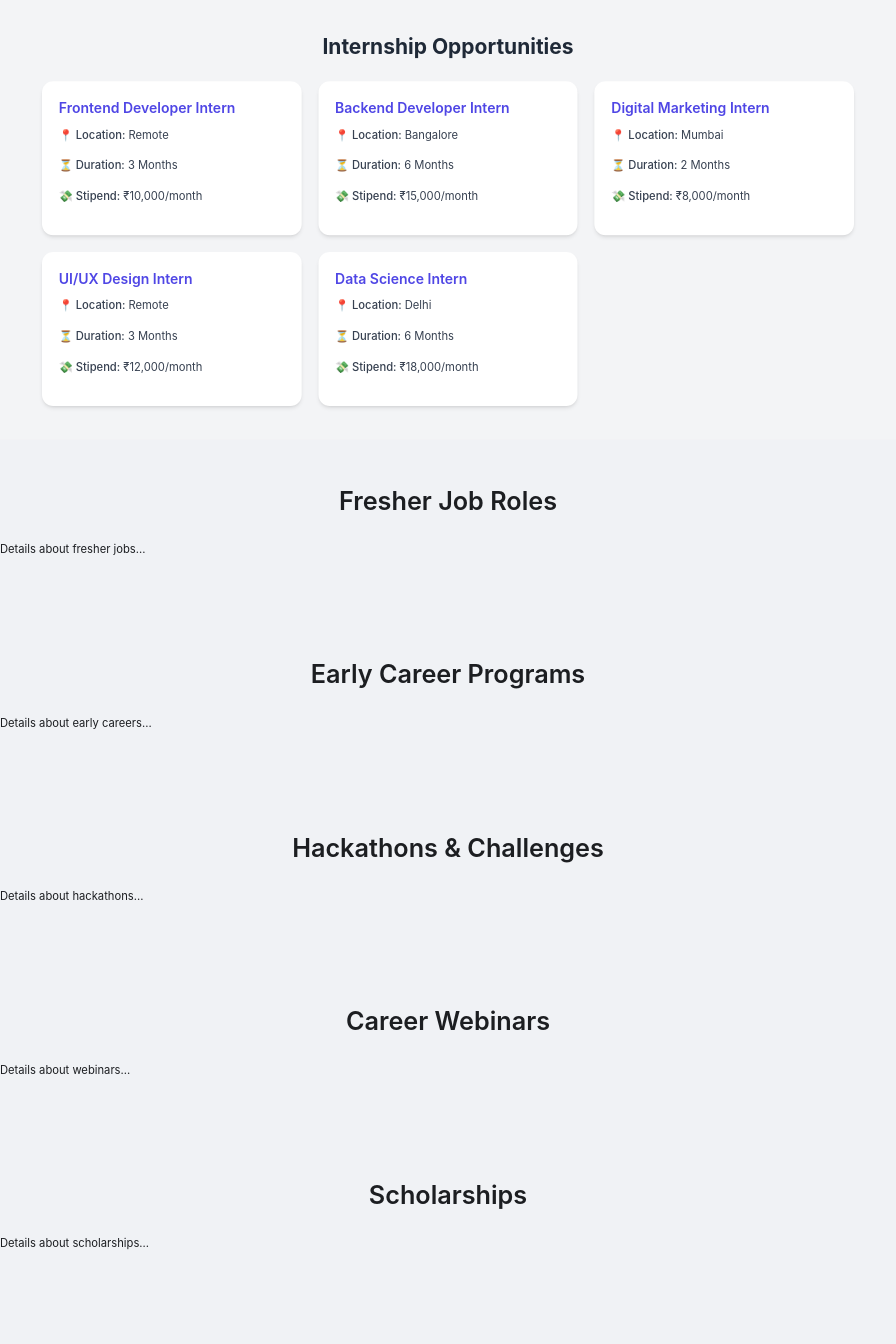
Repository: Siddharthkothiyal/GharPadhaaroCareerWebsite
Page: /students
The author's editor kept a copy of each file at every save. The page is drawn from the files as they stood at one save, then again after the next save.
The browser window is 1280 px wide. The pictures show the part of the page from y = 0 to 1920 px (the page is 2612 px tall before and 2728 px after), at 70% of full size.
The project was rebuilt for these pictures with package versions that can differ from the ones it lists, and the page was loaded fresh each time. Also part of the build but not shown: src/components/CareerPortal/Header.css, src/components/CareerPortal/ResumeUpload.css, src/components/CareerPortal/ResumeUpload.js, src/components/CareerPortal/Header.js, src/components/CareerPortal/JobListing/JobSearch.css, src/components/CareerPortal/JobListing/JobSearch.js, src/components/CareerPortal/JobListing/JobFilters.css, src/components/CareerPortal/JobListing/JobFilters.js and 10 more.

Above is the page before, as saved 2025-06-21 17:44:10.

After the next save:
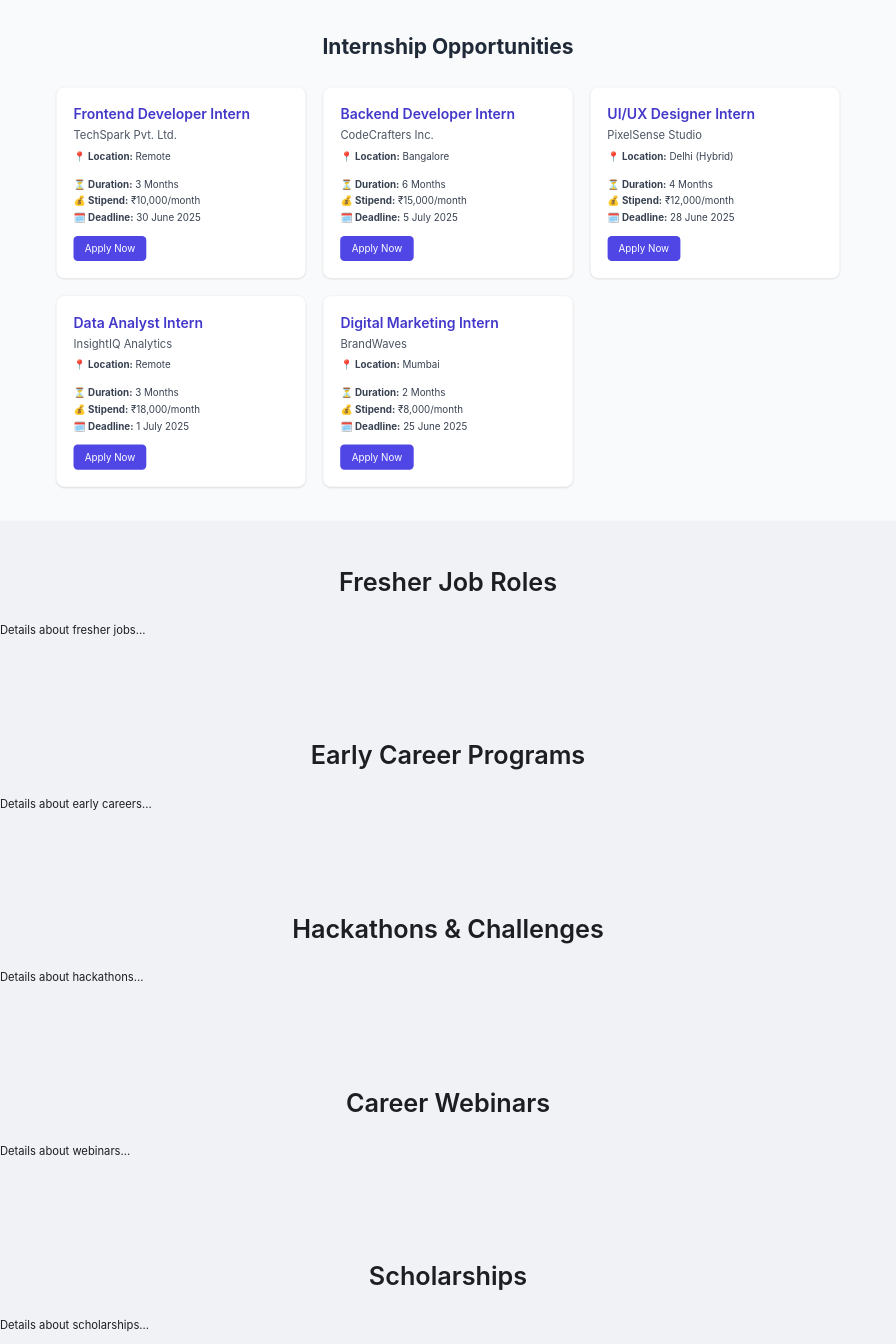
Saved 74 s later.
--- a/src/components/CareerPortal/StudentsPage/sections/Internships.js
+++ b/src/components/CareerPortal/StudentsPage/sections/Internships.js
@@ -1,63 +1,75 @@
 import React from "react";
 
-const internshipData = [
+const internships = [
   {
     title: "Frontend Developer Intern",
+    company: "TechSpark Pvt. Ltd.",
     location: "Remote",
     duration: "3 Months",
     stipend: "₹10,000/month",
+    deadline: "30 June 2025",
   },
   {
     title: "Backend Developer Intern",
+    company: "CodeCrafters Inc.",
     location: "Bangalore",
     duration: "6 Months",
     stipend: "₹15,000/month",
+    deadline: "5 July 2025",
+  },
+  {
+    title: "UI/UX Designer Intern",
+    company: "PixelSense Studio",
+    location: "Delhi (Hybrid)",
+    duration: "4 Months",
+    stipend: "₹12,000/month",
+    deadline: "28 June 2025",
+  },
+  {
+    title: "Data Analyst Intern",
+    company: "InsightIQ Analytics",
+    location: "Remote",
+    duration: "3 Months",
+    stipend: "₹18,000/month",
+    deadline: "1 July 2025",
   },
   {
     title: "Digital Marketing Intern",
+    company: "BrandWaves",
     location: "Mumbai",
     duration: "2 Months",
     stipend: "₹8,000/month",
-  },
-  {
-    title: "UI/UX Design Intern",
-    location: "Remote",
-    duration: "3 Months",
-    stipend: "₹12,000/month",
-  },
-  {
-    title: "Data Science Intern",
-    location: "Delhi",
-    duration: "6 Months",
-    stipend: "₹18,000/month",
+    deadline: "25 June 2025",
   },
 ];
 
 const Internships = () => {
   return (
-    <section id="internships" className="py-12 bg-gray-100">
-      <div className="container mx-auto px-4">
-        <h2 className="text-3xl font-bold text-center mb-8 text-gray-800">
+    <section id="internships" className="py-12 bg-gray-50">
+      <div className="max-w-6xl mx-auto px-4">
+        <h2 className="text-3xl font-bold text-center text-gray-800 mb-10">
           Internship Opportunities
         </h2>
-        <div className="grid grid-cols-1 sm:grid-cols-2 lg:grid-cols-3 gap-6">
-          {internshipData.map((internship, index) => (
+
+        <div className="grid gap-6 md:grid-cols-2 lg:grid-cols-3">
+          {internships.map((intern, index) => (
             <div
               key={index}
-              className="bg-white rounded-2xl shadow-md p-6 hover:shadow-lg transition duration-300"
+              className="bg-white rounded-xl shadow hover:shadow-lg transition duration-300 p-6 border border-gray-100"
             >
-              <h3 className="text-xl font-semibold text-indigo-600 mb-3">
-                {internship.title}
-              </h3>
-              <p className="text-gray-700">
-                <span className="font-medium">📍 Location:</span> {internship.location}
-              </p>
-              <p className="text-gray-700">
-                <span className="font-medium">⏳ Duration:</span> {internship.duration}
-              </p>
-              <p className="text-gray-700">
-                <span className="font-medium">💸 Stipend:</span> {internship.stipend}
-              </p>
+              <h3 className="text-xl font-semibold text-indigo-700 mb-1">{intern.title}</h3>
+              <p className="text-gray-600 mb-2">{intern.company}</p>
+
+              <div className="text-sm text-gray-700 space-y-1 mb-4">
+                <p><strong>📍 Location:</strong> {intern.location}</p>
+                <p><strong>⏳ Duration:</strong> {intern.duration}</p>
+                <p><strong>💰 Stipend:</strong> {intern.stipend}</p>
+                <p><strong>🗓️ Deadline:</strong> {intern.deadline}</p>
+              </div>
+
+              <button className="bg-indigo-600 text-white px-4 py-2 rounded-md text-sm hover:bg-indigo-700 transition">
+                Apply Now
+              </button>
             </div>
           ))}
         </div>
